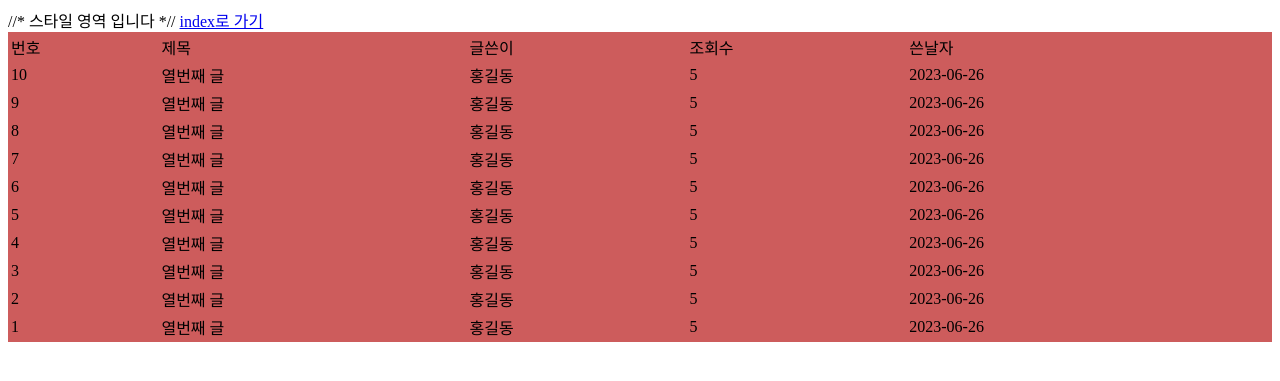
Repository: popll1/Pleiades
Page: http://localhost/jun261/main.jsp
These files come from the project's save history. The page is drawn as it stood at one moment and after the next save; the edit follows.
The browser window is 1280 px wide. The pictures show the whole page.
The page is served by Tomcat 9.

Above is the page before, as saved 2023-06-26 06:16:56.

After the next save:
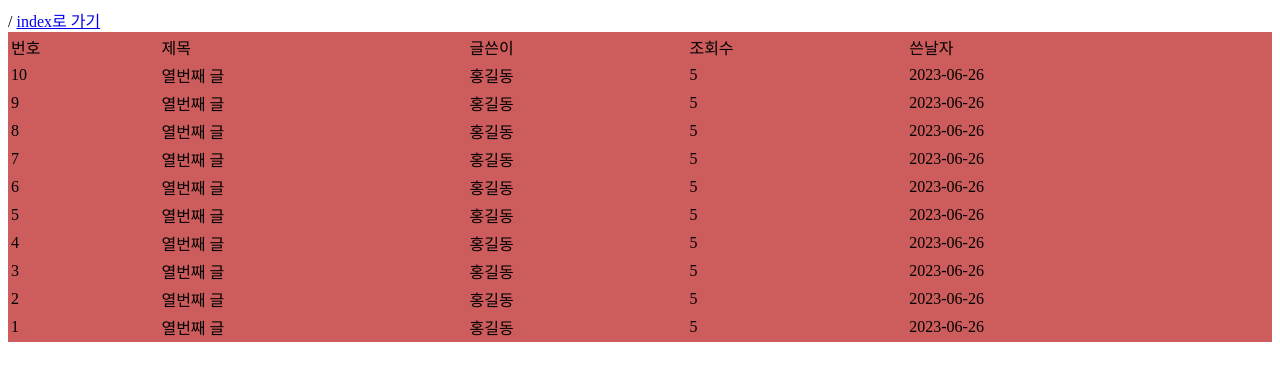
Saved 4 s later.
--- a/jun261/src/main/webapp/main.jsp
+++ b/jun261/src/main/webapp/main.jsp
@@ -6,7 +6,7 @@
 <meta charset="EUC-KR">
 <title>main</title>
 <style type="text/css"></style>
- //* 스타일 영역 입니다 *//
+ /
 </head>
 <body>
 	<a href = "./index.jsp">index로 가기 </a>
